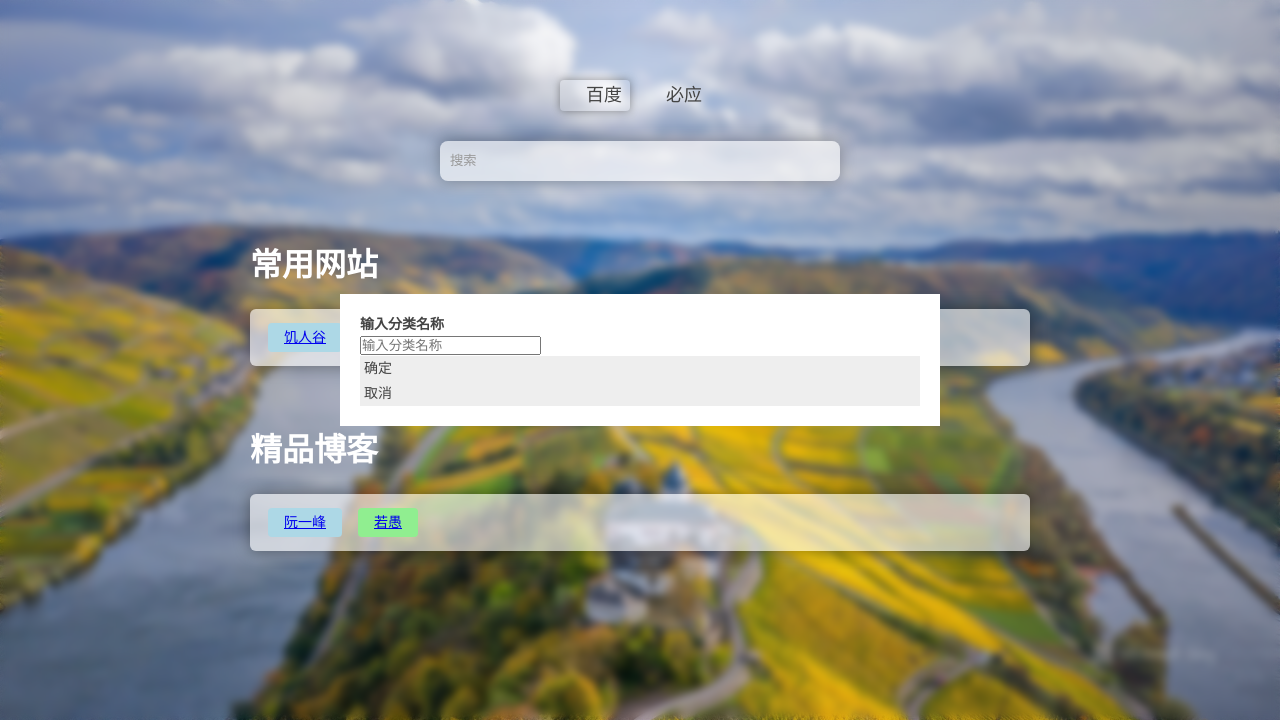
Repository: zkhiscool/PersonPage
Page: index.html
An editor plug-in stored every save of this project. The page is shown before and after the next save, followed by the edit.
The browser window is 1280 px wide. The pictures show the whole page.

Above is the page before, as saved 2023-07-21 12:05:18.

After the next save:
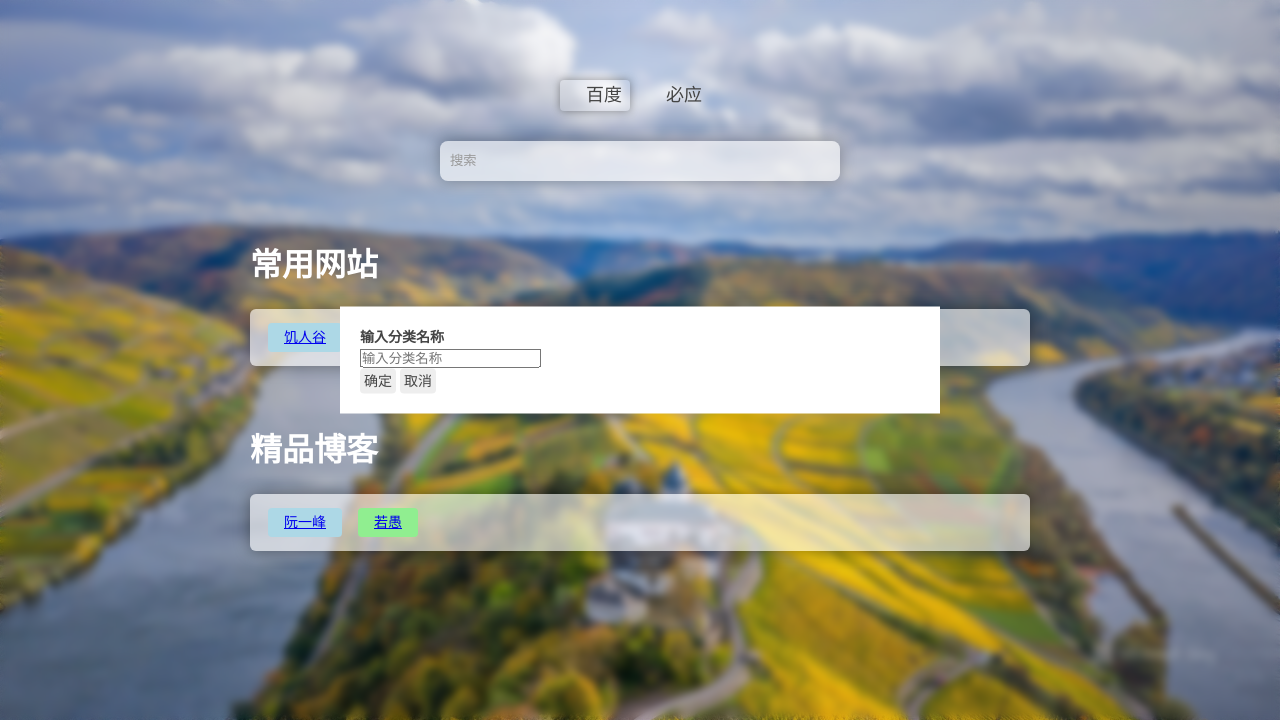
Saved 12 s later.
--- a/css/style.css
+++ b/css/style.css
@@ -202,4 +202,6 @@ body.preview .puls {
 .button {
     background-color: #eee;
     padding: 2px 4px;
-}
+    border-radius: 4px;
+    display: inline-block;
+}
